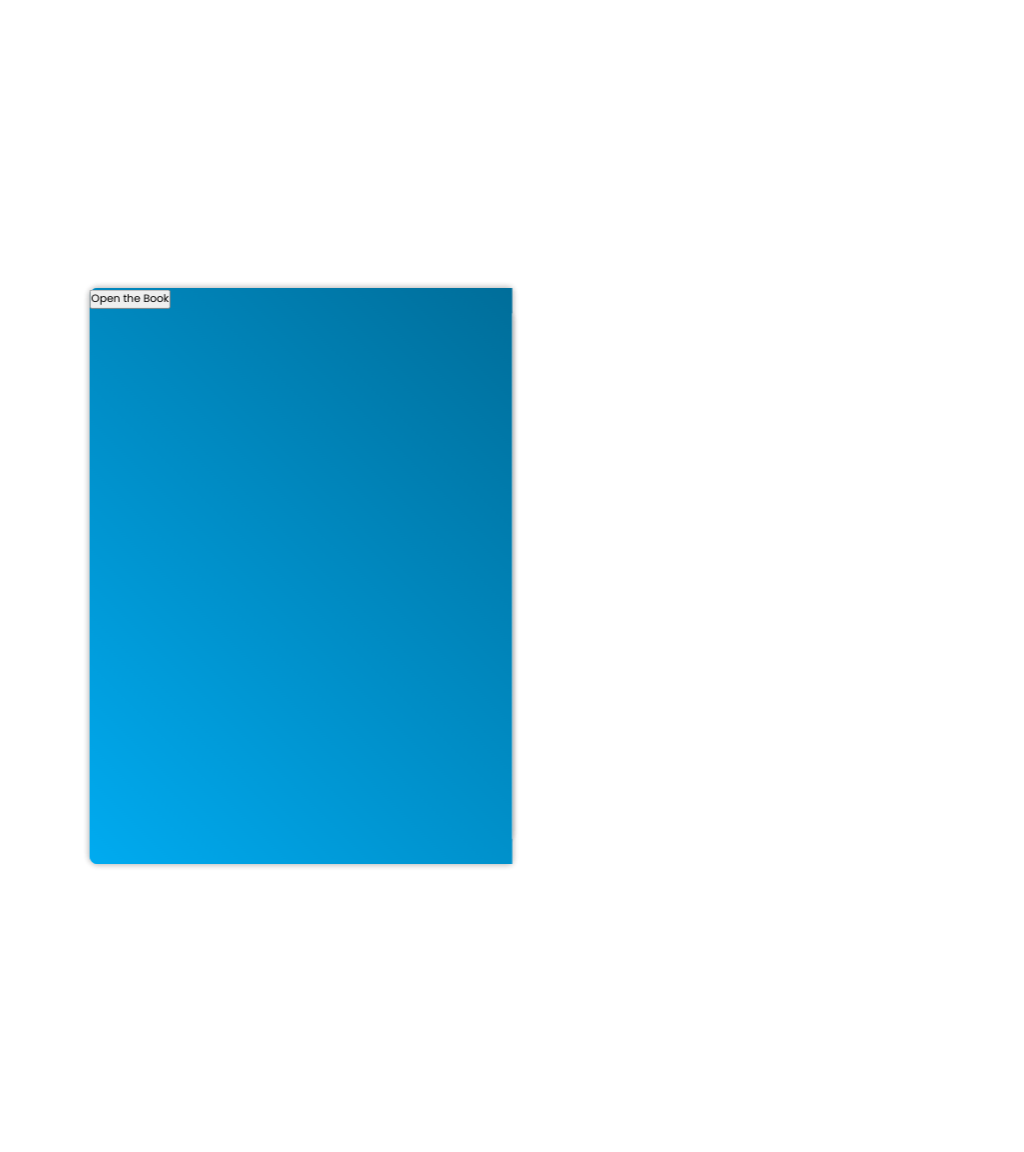
Repository: Ego-Wolf/Portfolio
Page: index.html
An editor plug-in stored every save of this project. The page is shown before and after a run of saves, followed by the edit.
The browser window is 1280 px wide. The pictures show the whole page, at 80% of full size.
Pictures or frames that could not be fetched are drawn as grey boxes.

Above is the page before, as saved 2023-12-14 17:08:49.

### index.html
<!DOCTYPE html>
<html lang="en">
<head>
    <meta charset="UTF-8">
    <meta name="viewport" content="width=device-width, initial-scale=1.0">
    <title>3D Portfolio Websites</title>
    <link rel="stylesheet" href="./style.css">
    <!-- Box icons -->
    <link href='https://unpkg.com/boxicons@2.1.4/css/boxicons.min.css' rel='stylesheet'>
    <!-- Google Font -->
    <link rel="preconnect" href="https://fonts.googleapis.com">
    <link rel="preconnect" href="https://fonts.gstatic.com" crossorigin>
    <link href="https://fonts.googleapis.com/css2?family=Josefin+Sans:wght@300;400;500;600;700&family=Poppins:wght@300;400;500;600;700;800;900&display=swap" rel="stylesheet">

</head>
<body>
    <div class="section">
        <!-- Header -->
        <!-- <div class="header">
            <img src="" alt=""><h3>Wolf</h3>
            <ul>
                <li>Home</li>
                <li>About Me</li>
                <li>Projects</li>
                <li>Summary Book</li>
                <li><button>Contact Me</button></li>
            </ul>
        </div> -->

        <!-- Book section -->
        <div class="wrapper">
            <div class="cover cover-left">sdfsdf</div>
            <div class="cover cover-right">
                <button>Open the Book</button>
            </div>

            <div class="book">
                <!-- Profile page -->
                <div class="book-page page-left">
                    <div class="profile-page">
                        <img src="./assets/character-1.jpg" alt="Sorry about the our services">
                        <h1>Steve Victor</h1>
                        <h3>Web Developer</h3>

                        <div class="social-media">
                            <a href="#"><i class='bx bxl-facebook'></i></a>
                            <a href="#"><i class='bx bxl-twitter' ></i></a>
                            <a href="#"><i class='bx bxl-linkedin' ></i></a>
                            <a href="#"><i class='bx bxl-instagram-alt'></i></a>
                        </div>

                        <p>Hi, I'm Steve Victor, a Web Developer. Lorem, ipsum dolor sit amet consectetur adipisicing elit. Quae quibusdam asperiores, voluptas magnam enim amet officiis aut quis recusandae illum possimus delectus mollitia id sed atque, harum et sunt architecto.</p>

                        <div class="btn-box">
                            <a href="#" class="btn">Download CV</a>
                            <a href="#" class="btn contact-me">Contact Me</a>
                        </div>
                    </div>
                </div>

                <!-- Page 1 & 2 -->
                <div class="book-page page-right turn" id="turn-1">
                    <!-- Page 1 (work experience) -->
                    <div class="page-front">
                        <h1 class="title">Work Experience</h1>
                        <div class="work-education-box">
                            <div class="work-education-content">
                                <span class="year"><i class='bx bxs-calendar'></i>2020 - 2021</span>
                                <h3>Web Developer - Company</h3>
                                <p>Lorem ipsum dolor sit amet consectetur adipisicing elit. Consequatur a delectus similique dolore, laudantium, autem iure aspernatur ratione error!</p>
                            </div>

                            <div class="work-education-content">
                                <span class="year"><i class='bx bxs-calendar'></i>2020 - 2021</span>
                                <h3>Web Developer - Company</h3>
                                <p>Lorem aspernatur ratione error consequuntur veniam tenetur ipsum in nemo repellat eveniet fugit eius vel!</p>
                            </div>

                            <div class="work-education-content">
                                <span class="year"><i class='bx bxs-calendar'></i>2020 - 2021</span>
                                <h3>Web Developer - Company</h3>
                                <p>Lorem ipsum dolor sit amet consectetur adipisicing elit. Consequatur a delectus similique dolore, laudantium, autem iure aspernatur ratione error consequuntur veniam tenetur ipsum in nemo repellat eveniet fugit eius vel!</p>
                            </div>
                        </div>

                        <span class="number-page">1</span>
                        <!-- Next button -->
                        <div class="nextprev-btn" data-page="turn-1">
                            <i class='bx bx-chevron-right'></i>
                        </div>
                    </div>

                    <!-- Page 2 (education) -->
                    <div class="page-back">
                        <h1 class="title">Education</h1>
                        <div class="work-education-box">
                            <div class="work-education-content">
                                <span class="year"><i class='bx bxs-calendar'></i>2020 - 2021</span>
                                <h3>Web Developer - Company</h3>
                                <p>Lorem ipsum dolor sit amet consectetur adipisicing elit. Consequatur a delectus similique dolore, laudantium, autem iure aspernatur ratione error!</p>
                            </div>

                            <div class="work-education-content">
                                <span class="year"><i class='bx bxs-calendar'></i>2020 - 2021</span>
                                <h3>Web Developer - Company</h3>
                                <p>Lorem aspernatur ratione error consequuntur veniam tenetur ipsum in nemo repellat eveniet fugit eius vel!</p>
                            </div>

                            <div class="work-education-content">
                                <span class="year"><i class='bx bxs-calendar'></i>2020 - 2021</span>
                                <h3>Web Developer - Company</h3>
                                <p>Lorem ipsum dolor sit amet consectetur adipisicing elit. Consequatur a delectus similique dolore, laudantium, autem iure aspernatur ratione error consequuntur veniam tenetur ipsum in nemo repellat eveniet fugit eius vel!</p>
                            </div>
                        </div>

                        <span class="number-page">2</span>
                        <!-- Prev button -->
                        <div class="nextprev-btn back" data-page="turn-1">
                            <i class='bx bx-chevron-left'></i>
                        </div>
                    </div>
                </div>

                <!-- Page 3 & 4 -->
                <div class="book-page page-right turn" id="turn-2">
                    <!-- Page 3 (my services) -->
                    <div class="page-front">
                        <h1 class="title">My Services</h1>
                        <div class="services-box">
                            <div class="services-content">
                                <i class='bx bx-code-alt' ></i>
                                <h3>Web Development</h3>
                                <p>Lorem ipsum dolor, sit amet consectetur adipisicing elit.</p>
                                <a href="#" class="btn">Read More</a>
                            </div>

                            <div class="services-content">
                                <i class='bx bxs-paint' ></i>
                                <h3>Creative Design</h3>
                                <p>Lorem ipsum dolor, sit amet consectetur adipisicing elit.</p>
                                <a href="#" class="btn">Read More</a>
                            </div>

                            <div class="services-content">
                                <i class='bx bx-bar-chart-alt'></i>
                                <h3>Digital Marketing</h3>
                                <p>Lorem ipsum dolor, sit amet consectetur adipisicing elit.</p>
                                <a href="#" class="btn">Read More</a>
                            </div>

                            <div class="services-content">
                                <i class='bx bx-search' ></i>
                                <h3>SEO</h3>
                                <p>Lorem ipsum dolor, sit amet consectetur adipisicing elit.</p>
                                <a href="#" class="btn">Read More</a>
                            </div>
                        </div>

                        <span class="number-page">3</span>
                        <!-- Next button -->
                        <div class="nextprev-btn" data-page="turn-2">
                            <i class='bx bx-chevron-right'></i>
                        </div>

                    </div>
                    <!-- Page 4 (my skills) -->
                    <div class="page-back">
                        <h1 class="title">My skills</h1>
                        <div class="skills-box">
                            <div class="skills-content">
                                <h3>Front-End</h3>
                                <div class="content">
                                    <span><i class='bx bxl-html5' ></i>HTML</span>
                                    <span><i class='bx bxl-css3' ></i>CSS</span>
                                    <span><i class='bx bxl-javascript' ></i>JS</span>
                                    <span><i class='bx bxl-react' ></i>React</span>
                                    <span><i class='bx bxl-angular' ></i>Angular</span>
                                    <span><i class='bx bxl-bootstrap' ></i>Boostrap</span>
                                    <span><i class='bx bxl-tailwind-css' ></i>Tailwind</span>
                                </div>
                            </div>
                            <div class="skills-content">
                                <h3>Back-End</h3>
                                <div class="content">
                                    <span><i class='bx bxl-nodejs' ></i>Node</span>
                                    <span><i class='bx bxl-java' ></i>Java</span>
                                </div>
                            </div>
                            <div class="skills-content">
                                <h3>UI/UX Design</h3>
                                <div class="content">
                                    <span><i class='bx bxl-figma' ></i>Figma</span>
                                </div>
                            </div>
                        </div>

                        <span class="number-page">4</span>
                        <!-- Prev button -->
                        <div class="nextprev-btn back" data-page="turn-2">
                            <i class='bx bx-chevron-left'></i>
                        </div>
                    </div>
                </div>

                <!-- Page 5 & 6 -->
                <div class="book-page page-right turn" id="turn-3">
                    <!-- Page 5 (latest project or my portfolio) -->
                    <div class="page-front">
                        <h1 class="title">Latest Project</h1>

                        <div class="portfolio-box">
                            <div class="img-box">
                                <!-- <img src="./assets/character-2.jpg" alt="">  -->
                                <iframe width="720" height="405" src="https://www.youtube.com/embed/zrBVFGlnyA8" title="3D Portfolio Website | HTML CSS &amp; Javascript" frameborder="0" allow="accelerometer; autoplay; clipboard-write; encrypted-media; gyroscope; picture-in-picture; web-share" allowfullscreen></iframe>
                            </div>

                            <div class="info-box">
                                <div class="info-title">
                                    <h3>Project Name</h3>
                                    <a href="#">Live Preview<i class='bx bx-link-external' ></i></a>
                                </div>
                                <p>Tech Used:</p>
                                <p>Lorem ipsum dolor sit amet consectetur adipisicing elit. Fugit, laboriosam.</p>
                            </div>

                            <div class="btn-box">
                                <a href="#" class="btn">Source Code</a>
                                <a href="#" class="btn">More Projects</a>
                            </div>
                        </div>

                        <span class="number-page">5</span>
                        <!-- Next button -->
                        <div class="nextprev-btn" data-page="turn-3">
                            <i class='bx bx-chevron-right'></i>
                        </div>
                    </div>

                    <!-- Page 6 (contac me) -->
                    <div class="page-back">
                        <h1 class="title">Contact Me!</h1>

                        <div class="contact-box">
                            <form action="#">
                                <input type="text" class="field" placeholder="Full Name" required>
                                <input type="email" class="field" placeholder="Email Address" required>
                                <textarea name="" id="" cols="30" rows="10" class="field" placeholder="Your Message" required></textarea>
                                <input type="submit" class="btn" value="Send Message">
                            </form>
                        </div>

                        <span class="number-page">6</span>
                        <!-- Prev button -->
                        <div class="nextprev-btn back" data-page="turn-3">
                            <i class='bx bx-chevron-left'></i>
                        </div>

                        <a href="#" class="back-profile">
                            <p>Profile</p>
                            <i class='bx bxs-user'></i>
                        </a>
                    </div>
                </div>


        </div>

        <!-- Footer -->
        <div class="footer">
            <h3>Copyright @ 2023 Wolf</h3>
        </div>
    </div>


    <script src="./script.js"></script>
</body>
</html>

Loaded but not shown: style.css (542 lines, source omitted); script.js (no copy from this time; the picture is the same without it)

After the next 2 saves:
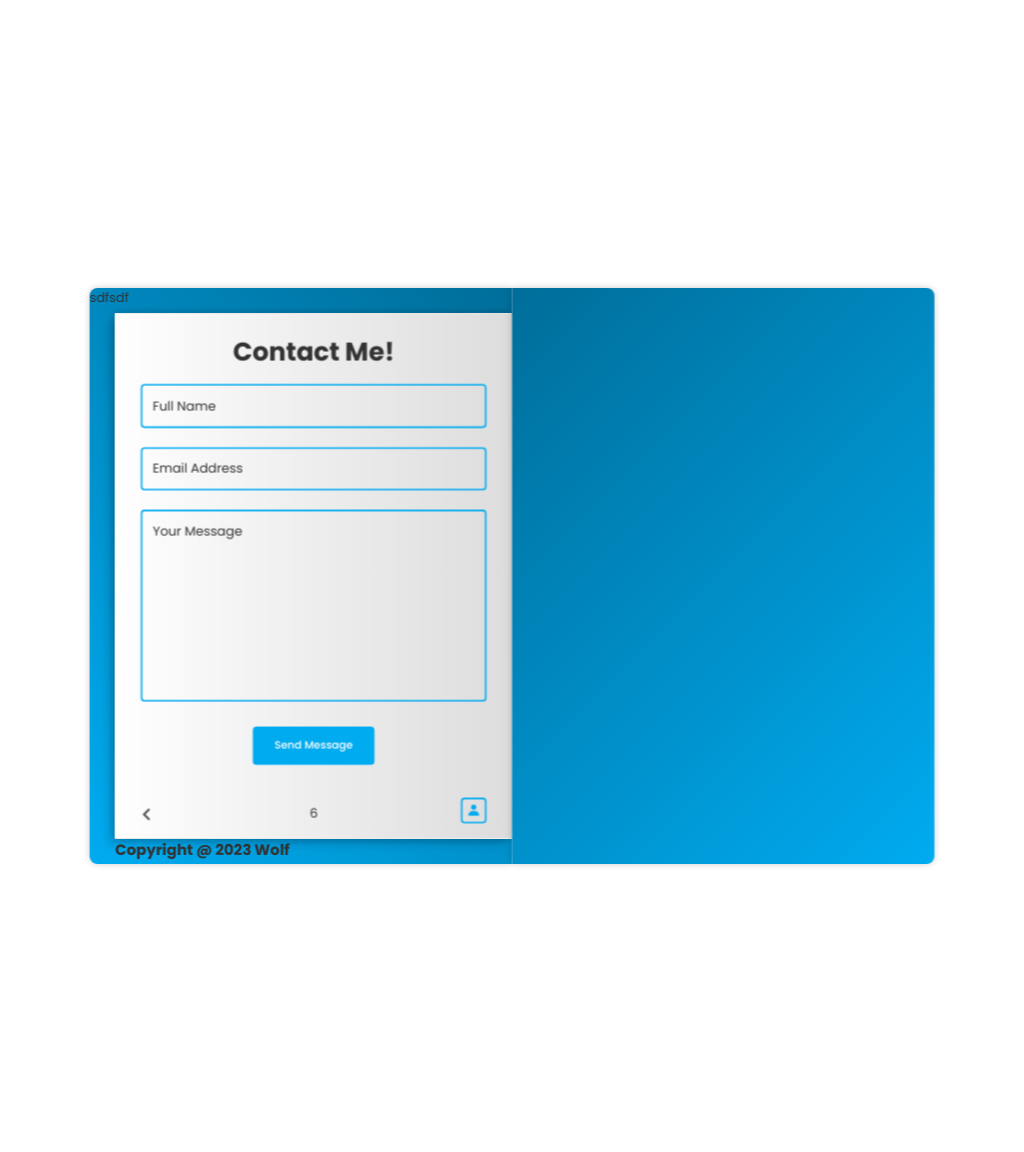
The 2 saves are shown as one change because they came seconds apart.
The last was saved 86 s later.
--- a/index.html
+++ b/index.html
@@ -30,8 +30,8 @@
         <!-- Book section -->
         <div class="wrapper">
             <div class="cover cover-left">sdfsdf</div>
-            <div class="cover cover-right">
-                <button>Open the Book</button>
+            <div class="cover cover-right turn">
+                <!-- <button>Open the Book</button> -->
             </div>
 
             <div class="book">
